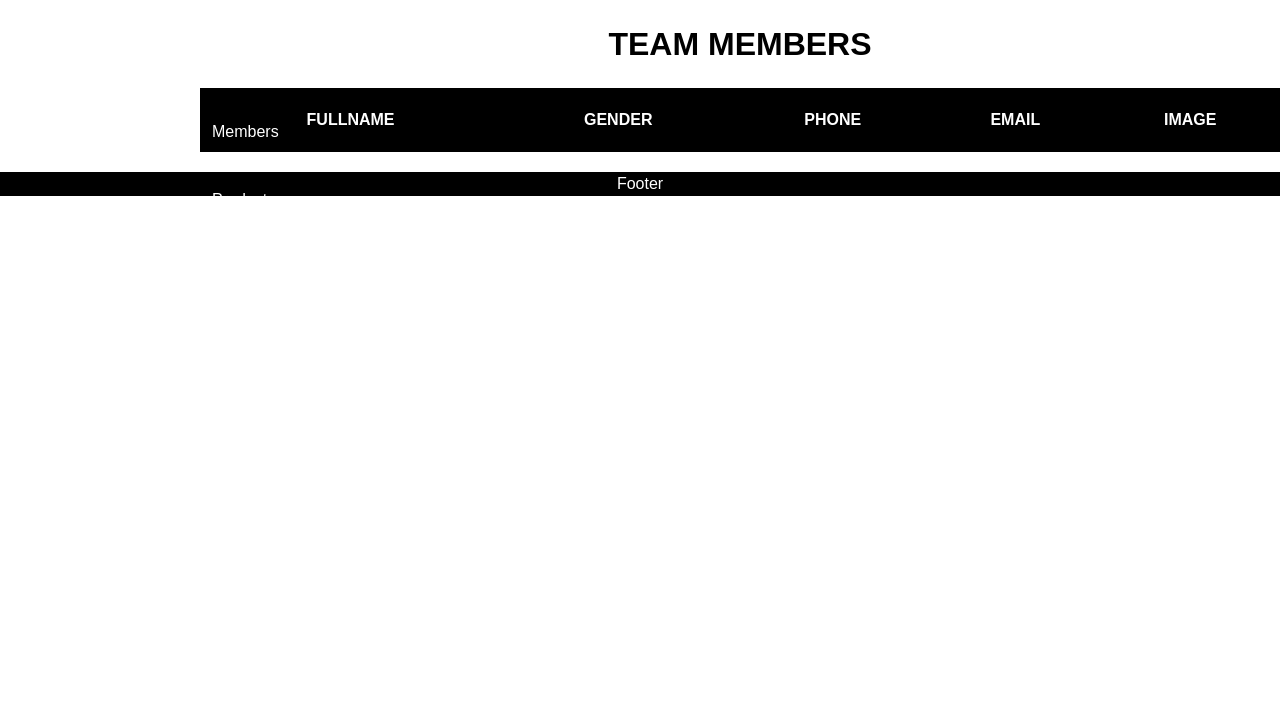
Repository: Eugene44-hub/SHRGroup46-capstone
Page: /members
These files come from the project's save history. The page is drawn as it stood at one moment and after the next save; the edit follows.
The browser window is 1280 px wide. The pictures show the whole page.
The page's requests for data from a server got no answer. The project was rebuilt for these pictures with package versions that can differ from the ones it lists, and the page was loaded fresh each time. No one was signed in, and anything a server would have sent is missing.

Above is the page before, as saved 2022-05-19 16:15:16.

### src/index.css
@tailwind base;
@tailwind components;
@tailwind utilities;
@import url('https://fonts.googleapis.com/css2?family=Poppins:wght@300;400;500;700&display=swap');
body {
    font-family: 'Poppins', sans-serif;
}

code {
    font-family: source-code-pro, Menlo, Monaco, Consolas, 'Courier New', monospace;
}

* {
    margin: 0;
    padding: 0;
    box-sizing: border-box;
}

@layer components {
    .tax {
        @apply text-sm font-medium
    }
    .taxPrice {
        @apply font-extralight
    }
}

### src/App.js
import React from 'react'
import { lazy, Suspense, useEffect, useState } from "react";
import { Route, Routes,BrowserRouter as Router } from "react-router-dom";

//read through comments on each component and pages to understand properly

// only tailwind and css modules are used in this project, any additional libraries should be told to the lead before installation

//Note: you can use normal import statement on the pages. Lazy load is for only Routing pages

// API's too have been fetched in utility folder you can import and use with the syntax below

import { fetchAllData,fetchCompanyQuantity,fetchPersonQuantity,fetchProductQuantity } from "./utilities/apis";
// fetchAllData(input endpoint here to fetch all data).then(data =>console.log(data) )
// fetchPersonQuantity(input quantity here to fetch an amount of data).then(data =>console.log(data) )
// fetchProductQuantity(input quantity here to fetch an amount of data).then(data =>console.log(data) )
// fetchCompanyQuantity(input quantity here to fetch an amount of data).then(data =>console.log(data) )

// endpoints are as follows:
// https://fakerapi.it/api/v1/products?_quantity=1
// https://fakerapi.it/api/v1/companies?_quantity=1
// https://fakerapi.it/api/v1/persons?_quantity=10
// https://fakerapi.it/api/v1/products
// https://fakerapi.it/api/v1/companies
// https://fakerapi.it/api/v1/persons

// check utilities folder for more details on the api functions

// happy coding


const Nav=lazy(()=>import('./components/nav/Nav'));
const Home=lazy(()=>import('./pages/home/Home'));
const Dashboard=lazy(()=>import('./pages/dashboard/Dashboard'))
const Members=lazy(()=>import('./pages/members/Members'))
const Product=lazy(()=>import('./pages/product/Product'))
const Login=lazy(()=>import('./pages/login/Login'))
const Footer=lazy(()=>import('./components/footer/Footer'))



const quantity = 12;

function App() {

  const[products, setProducts] = useState('')
  const [members,setMembers]=useState(null)

  useEffect(() => {
    fetchProductQuantity(quantity).then(data =>setProducts(data.data) )
    fetchAllData("https://fakerapi.it/api/v1/persons").then(data =>setMembers(data))
  }, [])

  return (
    <div className="App">

<Suspense fallback={<h1>Loading...</h1>}>
  <Router>
    <div className='ml-[200px]'>


  <Nav/>

<Routes>
<Route path="/" element={<Home/>} />
<Route path="/product" element={<Product products = {products}/>} />
<Route path="/dashboard" element={<Dashboard/>} />
<Route path="/login" element={<Login/>} />
<Route path="/members" element={<Members members={members}/>} />
</Routes>
</div>
</Router>
<Footer/>
</Suspense>
    </div>
  );
}

export default App;

### src/utilities/apis.js
//this function takes in the url as an argument in string format

export const fetchAllData = async(url) => {
    const response = await fetch(url);
    const data = await response.json();
    return data;
}

//

// this part take in the quantity as an argument in integer format
export const fetchPersonQuantity = async(quantity) => {
    const response = await fetch(`https://fakerapi.it/api/v1/persons?_quantity=${quantity}`);
    const data = await response.json();
    return data;
}

export const fetchCompanyQuantity = async(quantity) => {

    const response = await fetch(`https://fakerapi.it/api/v1/companies?_quantity=${quantity}`);
    const data = await response.json();
    return data;
}

export const fetchProductQuantity = async(quantity) => {
    const response = await fetch(`https://fakerapi.it/api/v1/products?_quantity=${quantity}`);
    const data = await response.json();
    return data;
}



// https://fakerapi.it/api/v1/products?_quantity=1
// https://fakerapi.it/api/v1/companies?_quantity=1
// https://fakerapi.it/api/v1/persons?_quantity=10

### src/components/nav/Nav.jsx
import React from 'react'
import { useNavigate } from 'react-router-dom'

import styles from './Nav.module.css'
const navItems=[{
  item:'Home',
  url:'/'
},
{
  item:'members',
  url:'/'
},
{
  item:'product',
  url:'/'
},
{
  item:'logout',
  url:'/'
}]
const Nav = () => {
  const navigate=useNavigate()
  return (
    <nav className={`${styles.nav} `}>
      <div style={{width:0}} className='fixed md:w-[200px] bg-black z-50 pt-5 top-0 h-full'>
      <ul>

{navItems.map((navItem,index)=>(<li className='my-5 p-3 transition-all hover:bg-gray-200 hover:text-black'>
  <button className='capitalize ' onClick={()=>navigate(navItem.url)}>{navItem.item}</button>
</li>))}
<li>

</li>
</ul>
      </div>

    </nav>
  )
}

export default Nav

### src/pages/members/Members.jsx
import React from 'react'
//components should be imported from here if needed
// make use of your normal import statement here to import components
// make use of the css module folder or tailwind or you can use inline styles
// check the sample on nav and footer for css modules


const Members = ({members}) => {

console.log(members);
  return (
    <section className='my-5'>
    <div className='container'>
    <header className='md:text-[2rem] text-center font-bold uppercase mb-5'>
      Team members
    </header>
<table className='w-full text-white'>
 <thead>


    <tr className='bg-black border-white'>
      <th className='text-center  py-5 text-[.5rem] md:text-[1rem] uppercase'>fullname</th>
      <th className='text-center py-5 text-[.5rem] md:text-[1rem] uppercase'>gender</th>
      <th className='text-center py-5 text-[.5rem] md:text-[1rem] uppercase'>phone</th>
      <th className='text-center py-5 text-[.5rem] md:text-[1rem] uppercase'>email</th>
      <th className='text-center py-5 text-[.5rem] md:text-[1rem] uppercase'>image</th>
    </tr>
    </thead>

<tbody>
  {members&&members.data.map((member,index) => (
      <tr key={index} style={{backgroundColor:index%2===0?"lightgrey":"black", color:index%2===0?"black":"white"}} className="py-5 shadow-lg mb-5">
      <td className=' text-center text-[.5rem] md:text-[1rem]'>
      {member.firstname} {member.lastname}
      </td>
      <td className=' text-center text-[.5rem] md:text-[1rem] capitalize'>
      {member.gender}
      </td>
      <td className=' text-center text-[.5rem] md:text-[1rem]'>
      {member.phone}
      </td>
      <td className=' text-center text-[.5rem] md:text-[1rem]'>
      {member.email}
      </td>
      <td className=' py-2  text-center text-[.5rem] md:text-[1rem]'>
      <img src={member.image} className="w-[50px] mx-auto h-[50px] rounded-full" alt="" />
      </td>
      </tr>
      ))}
</tbody>

</table>

    </div>

    </section>
  )
}

export default Members

### src/components/footer/Footer.jsx
import React from 'react'
import styles from "./Footer.module.css"
const Footer = () => {
  return (
    <footer className={styles.footer}>Footer</footer>
  )
}

export default Footer

### src/components/nav/Nav.module.css
/** @format */

nav {
    /* height: 300px; */
    background-color: black;
    color: white;
}

### src/components/footer/Footer.module.css
/** @format */

footer {
  /* height: 300px; */
  background-color: black;
  color: white;
  text-align: center;
}

Loaded but not shown: public/index.html (common file); src/index.js (common file); tailwind.config.js (common file)

After the next save:
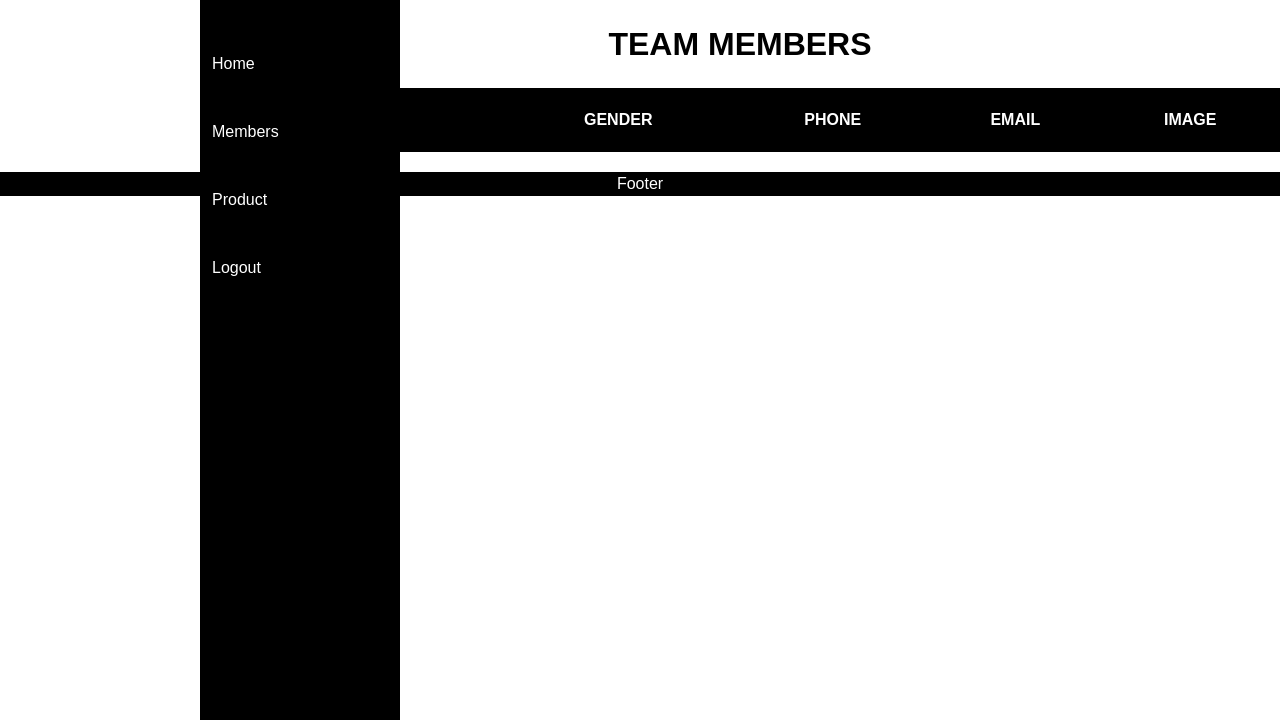
Saved 2 min 25 s later.
--- a/src/components/nav/Nav.jsx
+++ b/src/components/nav/Nav.jsx
@@ -22,7 +22,7 @@ const Nav = () => {
   const navigate=useNavigate()
   return (
     <nav className={`${styles.nav} `}>
-      <div style={{width:0}} className='fixed md:w-[200px] bg-black z-50 pt-5 top-0 h-full'>
+      <div  className='fixed md:w-[200px] bg-black z-50 pt-5 top-0 h-full'>
       <ul>
 
 {navItems.map((navItem,index)=>(<li className='my-5 p-3 transition-all hover:bg-gray-200 hover:text-black'>
